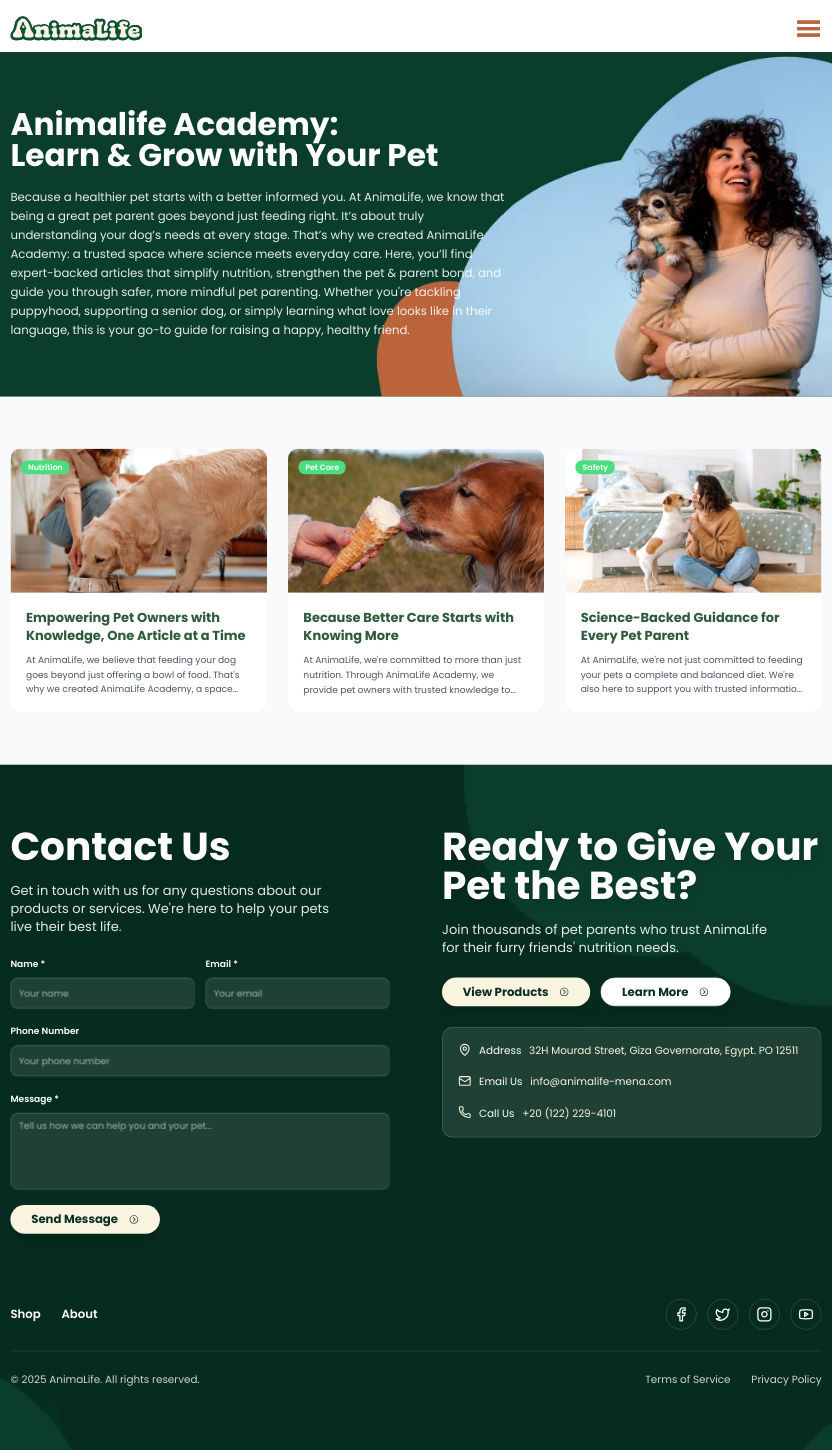
Repository: the-jupiteragency/animalife
Page: /academy
The author's editor kept a copy of each file at every save. The page is drawn from the files as they stood at one save, then again after the next save.
The browser window is 1280 px wide. The pictures show the whole page, at 65% of full size.
The project was rebuilt for these pictures with package versions that can differ from the ones it lists, and the page was loaded fresh each time. The framework's server and built-in components were replaced by stand-ins that run in the browser. Also part of the build but not shown: next.config.mjs.

Above is the page before, as saved 2025-08-05 09:35:44.

After the next save:
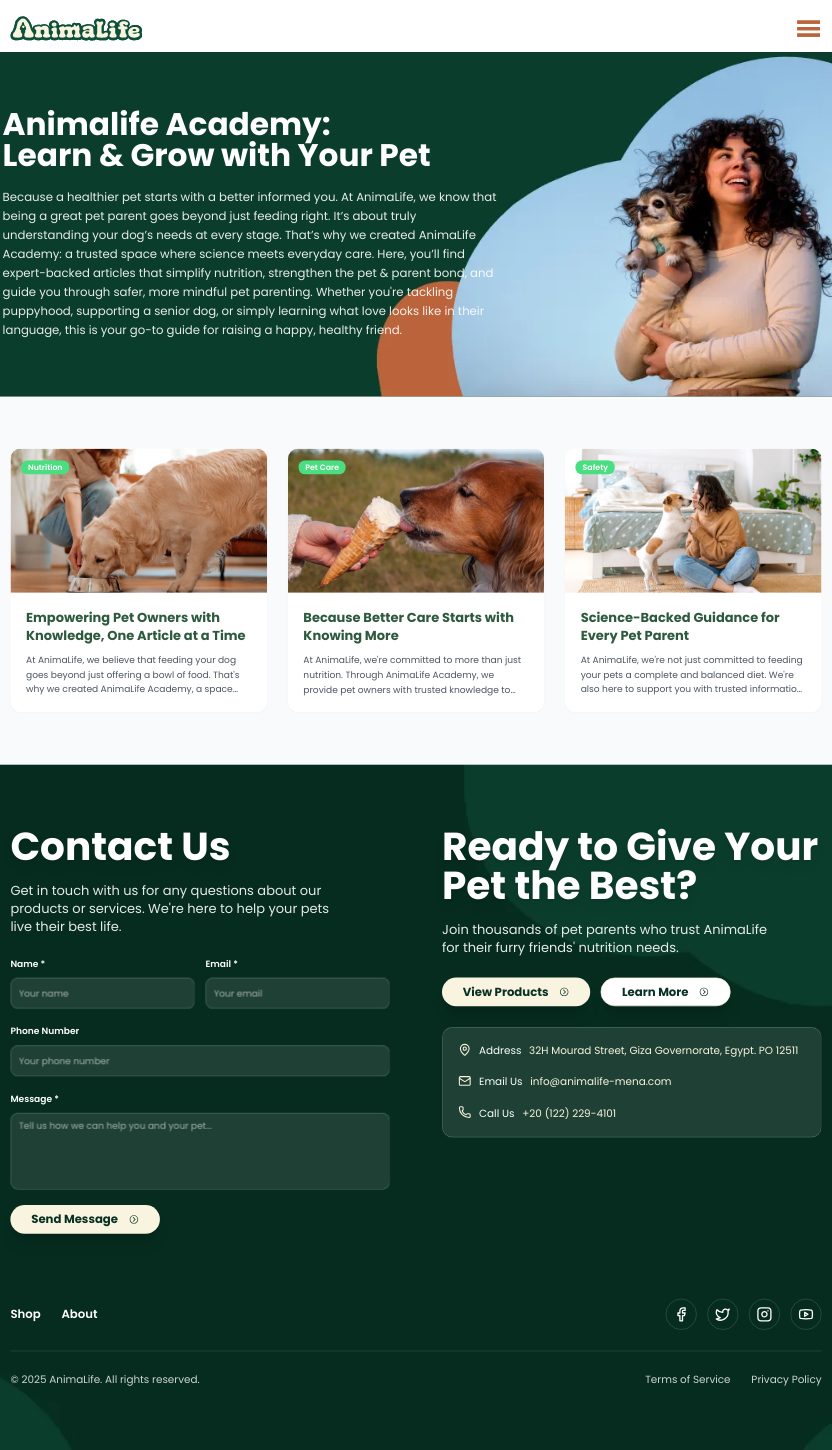
Saved 21 s later.
--- a/app/academy/page.tsx
+++ b/app/academy/page.tsx
@@ -28,7 +28,7 @@
               priority
             />
           </div>
-          <div className="relative z-10 container mx-auto px-4 h-full flex items-center">
+          <div className="relative z-10 container mx-auto px-1 h-full flex items-center">
             <div className="max-w-3xl">
               <h1 className="text-4xl md:text-5xl font-bold text-white mb-6">
                 Animalife Academy:
